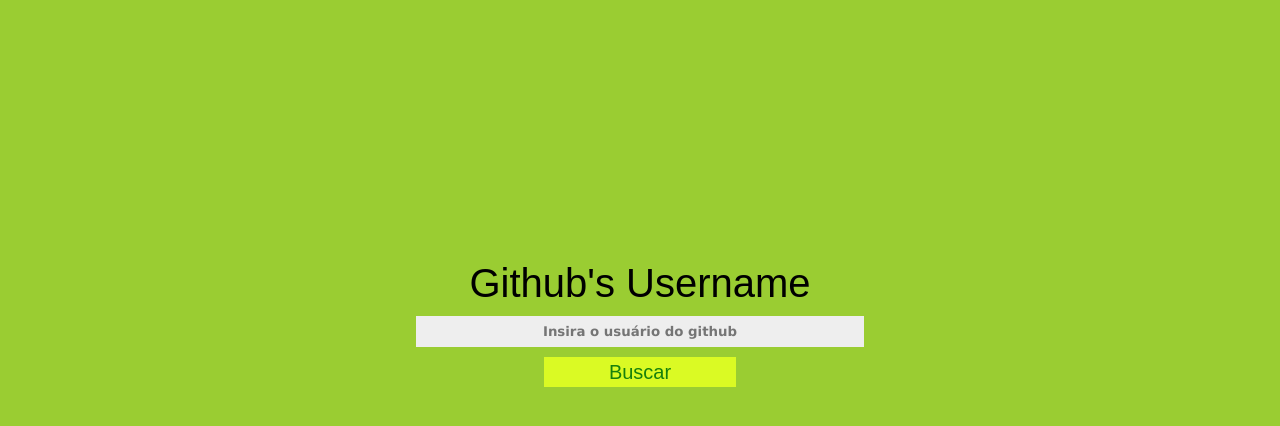
Repository: Orifiel/teste
Page: desafioMod4/desafioJavascritpt0402.html
The author's editor kept a copy of each file at every save. The page is drawn from the files as they stood at one save, then again after the next save.
The browser window is 1280 px wide. The pictures show the whole page.
The pointer rests on the first visible `button`.
Some web fonts or font styles are not loaded; a fallback is used.

Above is the page before, as saved 2020-08-24 12:07:56.

### desafioMod4/desafioJavascritpt0402.html
<!DOCTYPE html>
<html lang="en">
<head>
    <meta charset="UTF-8">
    <meta name="viewport" content="width=device-width, initial-scale=1.0">
    <title>Document</title>
</head>
<style>
    @import url('https://fonts.googleapis.com/css2?family=Do+Hyeon&display=swap');
    *{
        padding: 0;
        margin: 0;
        box-sizing: border-box;
    }
    body{
        background: yellowgreen;
    }
   .container {
        display: flex;
        flex-direction: column;
        width: 70vw;
        height: 90vh;
        justify-content: center;
        align-items: center;
        margin: 0 auto;
    }
    label{
        font-size: 2.5rem;
        font-family: 'Do Hyeon', sans-serif;
    }
    input {

        outline: none;
        width: 50%;
        padding: 8px 14px;
        border: none;
        background: rgb(238, 238, 238);
        color: rgb(0, 0, 0);
        font-family: Verdana, Geneva, Tahoma, sans-serif;
        font-weight: 700;
        text-align: center;
        margin: 10px auto;
    }

    button {
        width: 12rem;
        height: 30px;
        background: rgb(218, 250, 36);
        border: none;
        font-family: 'Do Hyeon', sans-serif;
        font-size: 20px;
        color: rgb(22, 128, 12);
        outline: none;
    }


</style>
<body>
    <div class="container">
        <label for="username">Github's Username</label>
        <input type="text" name="username" id="username" placeholder="Insira o usuário do github" required>
        <button onclick=''>Buscar</button>
    </div>
 <script src="./desafioJavascritpt0402.js"></script>
</body>
</html>

### desafioMod4/desafioJavascritpt0402.js
/**
 * 2º exercício
Crie uma tela com um <input> que deve receber o nome de um usuário no Github. Após digitar o
nome do usuário e clicar no botão buscar a aplicação deve buscar pela API do Github (conforme
URL abaixo) os dados de repositórios do usuário e mostrá-los em tela:
URL de exemplo: https://api.github.com/users/diego3g/repos
Basta alterar "diego3g" pelo nome do usuário.
<input type="text" name="user">
<button onclick="">Adicionar</button>
Depois de preencher o input e adicionar, a seguinte lista deve aparecer abaixo:
<ul>
 <li>repo1</li>
 <li>repo2</li>
 <li>repo3</li>
 <li>repo4</li>
 <li>repo5</li>
</ul>

 */

After the next save:
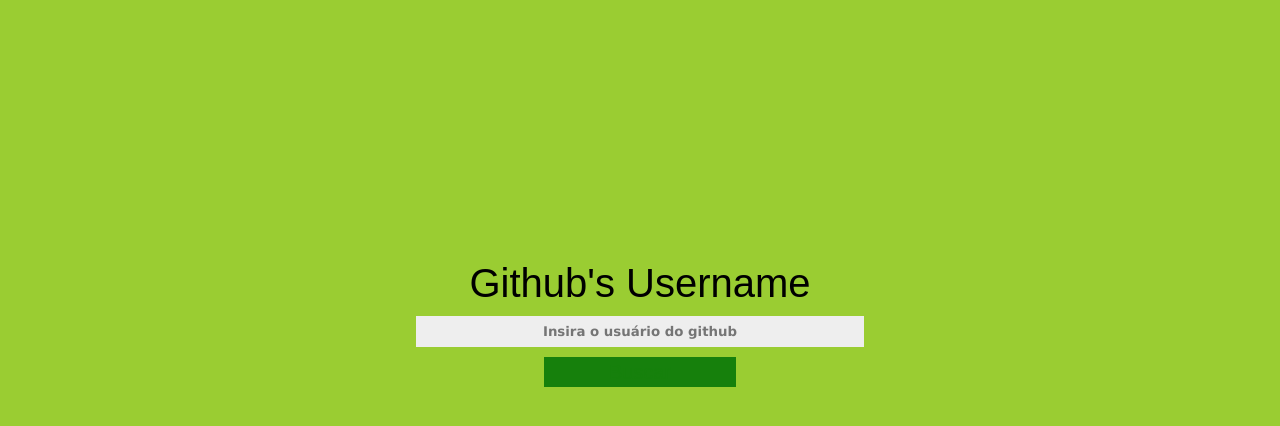
Saved 24 s later.
--- a/desafioMod4/desafioJavascritpt0402.html
+++ b/desafioMod4/desafioJavascritpt0402.html
@@ -52,6 +52,9 @@
         color: rgb(22, 128, 12);
         outline: none;
     }
+    button:hover{
+        background:rgb(22, 128, 12);
+    }
 
 
 </style>
